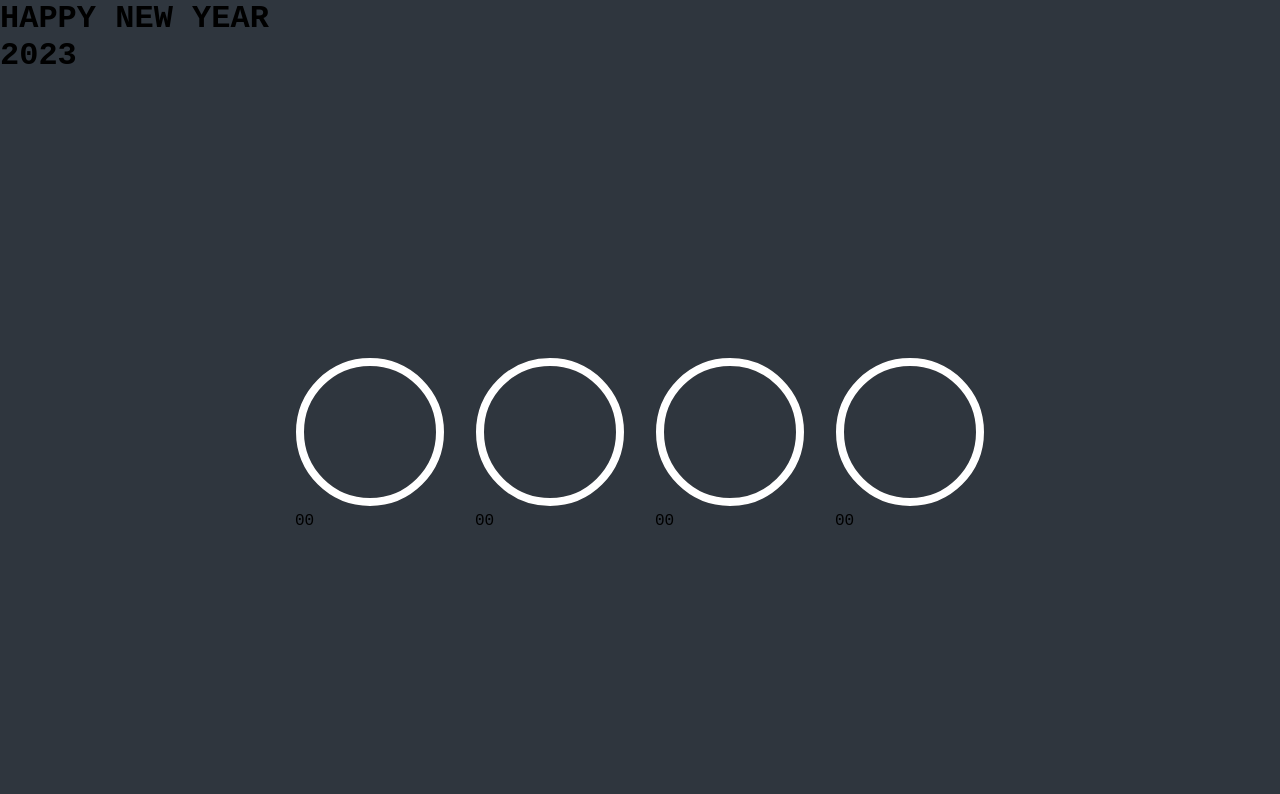
Repository: northpx/happyNY
Page: index.html
An editor plug-in stored every save of this project. The page is shown before and after the next save, followed by the edit.
The browser window is 1280 px wide. The pictures show the whole page.

Above is the page before, as saved 2022-12-31 10:47:44.

### index.html
<!DOCTYPE html>
<html lang="en">
<head>
    <meta charset="UTF-8">
    <meta http-equiv="X-UA-Compatible" content="IE=edge">
    <meta name="viewport" content="width=device-width, initial-scale=1.0">
    <link rel="stylesheet" href="style.css">
    <title>Document</title>
</head>
<body>
    <h1>HAPPY NEW YEAR <br>2023</h1>
    <div class="time">
        <div class="circle" style="--clr:#fff">
            <div class="dots day_dot">
                <svg>
                    <circle cx="70" cy="70" r="70"></circle>
                    <circle cx="70" cy="70" r="70" id="dd"></circle>
                </svg>
                <div id="days">00</div>
            </div>
        </div>

        <div class="circle" style="--clr:#fff">
            <div class="dots hr_dot">
                <svg>
                    <circle cx="70" cy="70" r="70"></circle>
                    <circle cx="70" cy="70" r="70" id="hh"></circle>
                </svg>
                <div id="hours">00</div>
            </div>
        </div>

        <div class="circle" style="--clr:#fff">
            <div class="dots min_dot">
                <svg>
                    <circle cx="70" cy="70" r="70"></circle>
                    <circle cx="70" cy="70" r="70" id="mm"></circle>
                </svg>
                <div id="minutes">00</div>
            </div>
        </div>

        <div class="circle" style="--clr:#fff">
            <div class="dots sec_dot">
                <svg>
                    <circle cx="70" cy="70" r="70"></circle>
                    <circle cx="70" cy="70" r="70" id="ss"></circle>
                </svg>
                <div id="seconds">00</div>
            </div>
        </div>
    </div>
</body>
<script src="script.js">
</script>
</html>

### style.css
*{
    margin: 0;
    padding: 0;
    box-sizing: border-box;
    font-family: 'Courier New', Courier, monospace;
}
body{
    /* display: flex;
    justify-content: center;
    align-items: center; */
    min-height: 100vh;
     background: #2f363e;
}
.time{
    min-height: 100vh;
    display: flex;
    align-items: center;
    justify-content: center;
    gap: 30px;
}
.time .circle{
    position: relative;
    width: 150px;
    height: 150px;
    display: flex;
    justify-content: center;
    align-items: center;
}

.time .circle svg{
    position: relative;
    width: 150px;
    height: 150px;
}

.time .circle svg circle{
    width: 100%;height: 100%;
    fill: transparent;
    stroke-width: 8;
    stroke: #282828;
    transform: translate(5px, 5px);
}

.time .circle svg circle:nth-child(2){
    stroke: var(--clr);
    stroke-dasharray: 440;
}

.time div{
    position: absolute;
}

### script.js

//thong dich
//quote
// ??
//use strict
//
//biginteger
//conversion(number, bool)

After the next save:
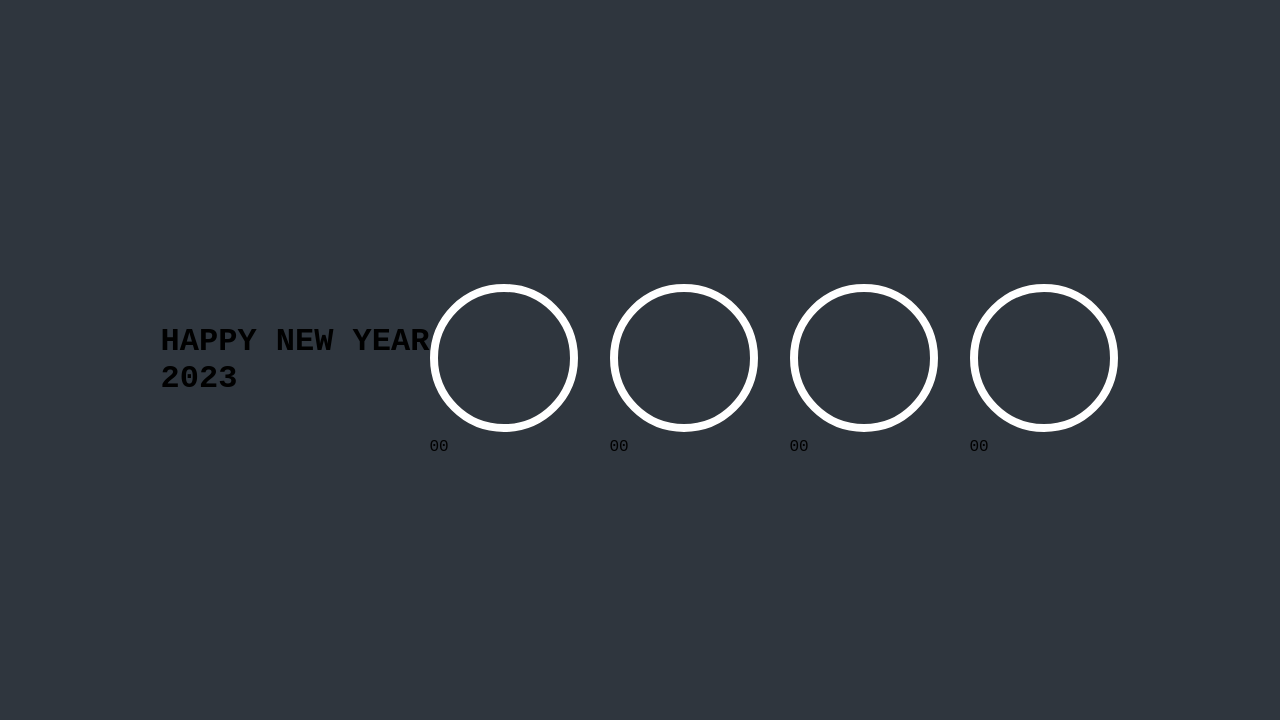
Saved 14 s later.
--- a/style.css
+++ b/style.css
@@ -5,9 +5,9 @@
     font-family: 'Courier New', Courier, monospace;
 }
 body{
-    /* display: flex;
+    display: flex;
     justify-content: center;
-    align-items: center; */
+    align-items: center;
     min-height: 100vh;
      background: #2f363e;
 }
